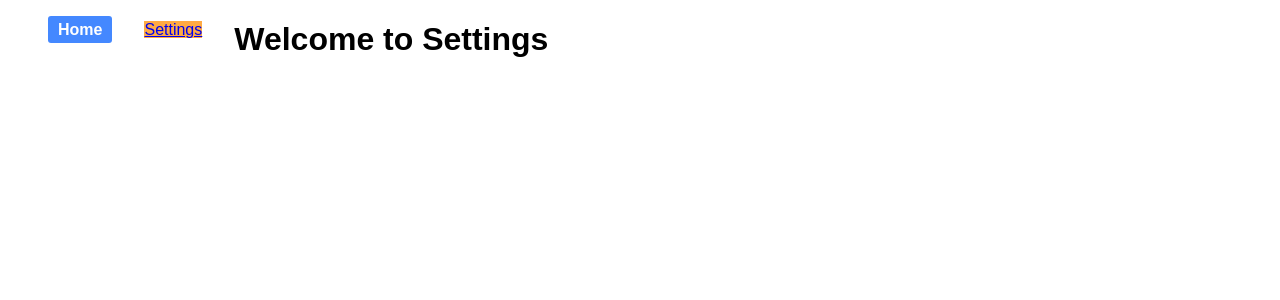
Repository: ErikBaer/News-of-the-World
Page: views/settings.html
These files come from the project's save history. The page is drawn as it stood at one moment and after the next save; the edit follows.
The browser window is 1280 px wide. The pictures show the whole page.

Above is the page before, as saved 2020-01-19 14:00:58.

After the next save:
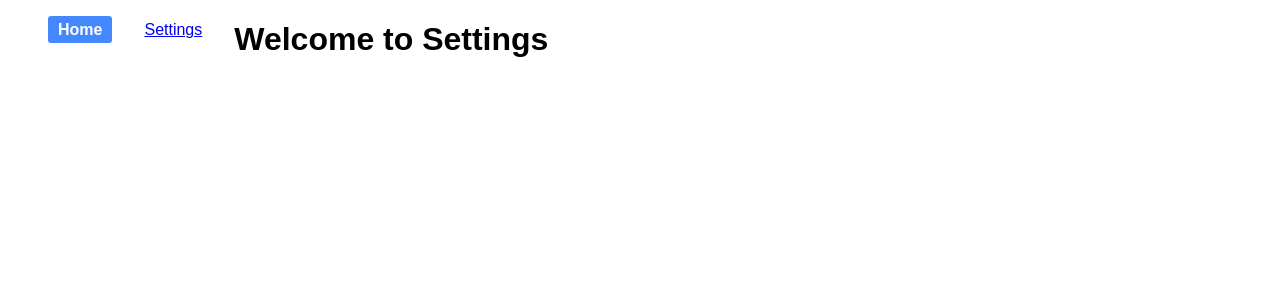
Saved 51 s later.
--- a/public/css/style.css
+++ b/public/css/style.css
@@ -20,7 +20,7 @@ nav {
     border-radius: 3px;
 }
 
-.nav-link-active,
+.nav-link.active,
 .nav-link.active:hover {
     background-color: #ffaa44;
 }
